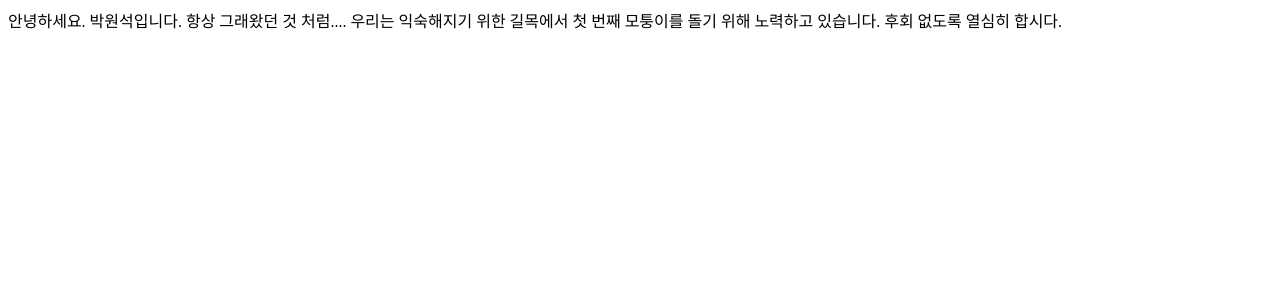
Repository: jp0301/WebStudy
Page: WebApp01/WebContent/Test001.html
These files come from the project's save history. The page is drawn as it stood at one moment and after the next save; the edit follows.
The browser window is 1280 px wide. The pictures show the whole page.

Above is the page before, as saved 2022-09-26 07:23:01.

After the next save:
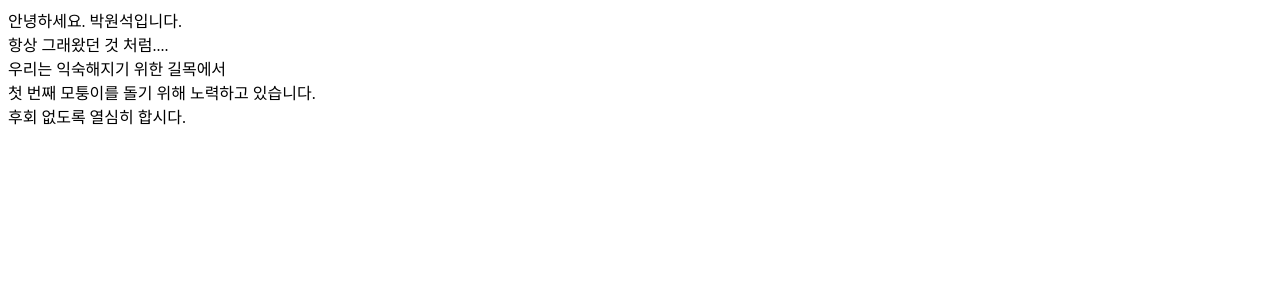
Saved 3 min 36 s later.
--- a/WebApp01/WebContent/Test001.html
+++ b/WebApp01/WebContent/Test001.html
@@ -7,12 +7,13 @@
 </head>
 
 <body>
-안녕하세요. 박원석입니다.
+안녕하세요. 박원석입니다.<br>
 
-항상 그래왔던 것 처럼....
-우리는 익숙해지기 위한 길목에서
-첫 번째 모퉁이를 돌기 위해 노력하고 있습니다.
-후회 없도록 열심히 합시다.
+항상 그래왔던 것 처럼....<br>
+우리는 익숙해지기 위한 길목에서<br>
+첫 번째 모퉁이를 돌기 위해 노력하고 있습니다.<br>
+후회 없도록 열심히 합시다.<br>
+
 </body>
 
 
